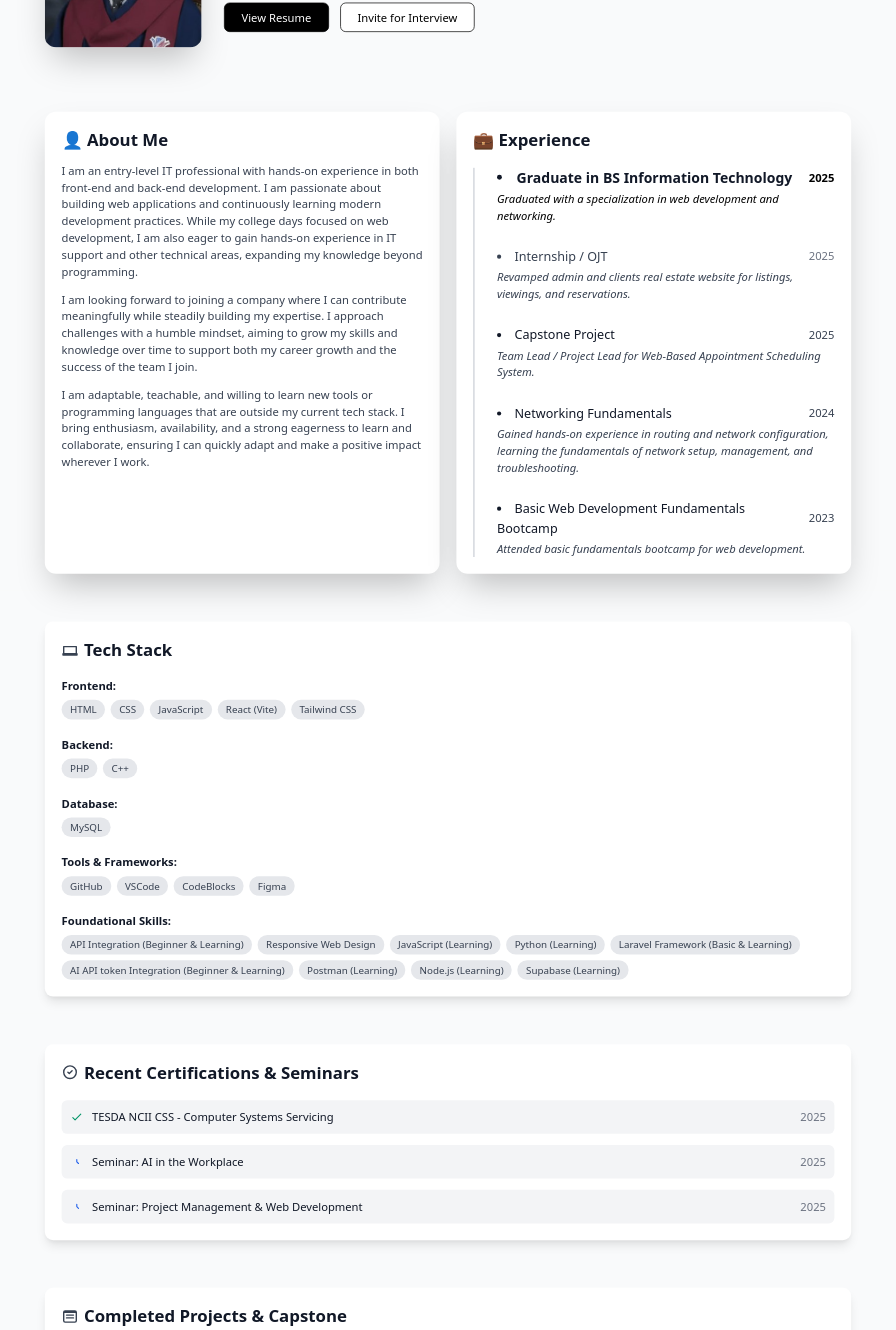
Repository: MeekSharkdev/cv-portfolio
Page: index.html
An editor plug-in stored every save of this project. The page is shown before and after a run of saves, followed by the edit.
The browser window is 1280 px wide. The pictures show the part of the page from y = 204 to 2104 px (the page is 2740 px tall), at 70% of full size.
A picture or video elsewhere on the page could not be fetched, so the positions and the page height are approximate.

Above is the page before, as saved 2026-01-31 20:59:15.
Not found: styles.css

After the next 2 saves:
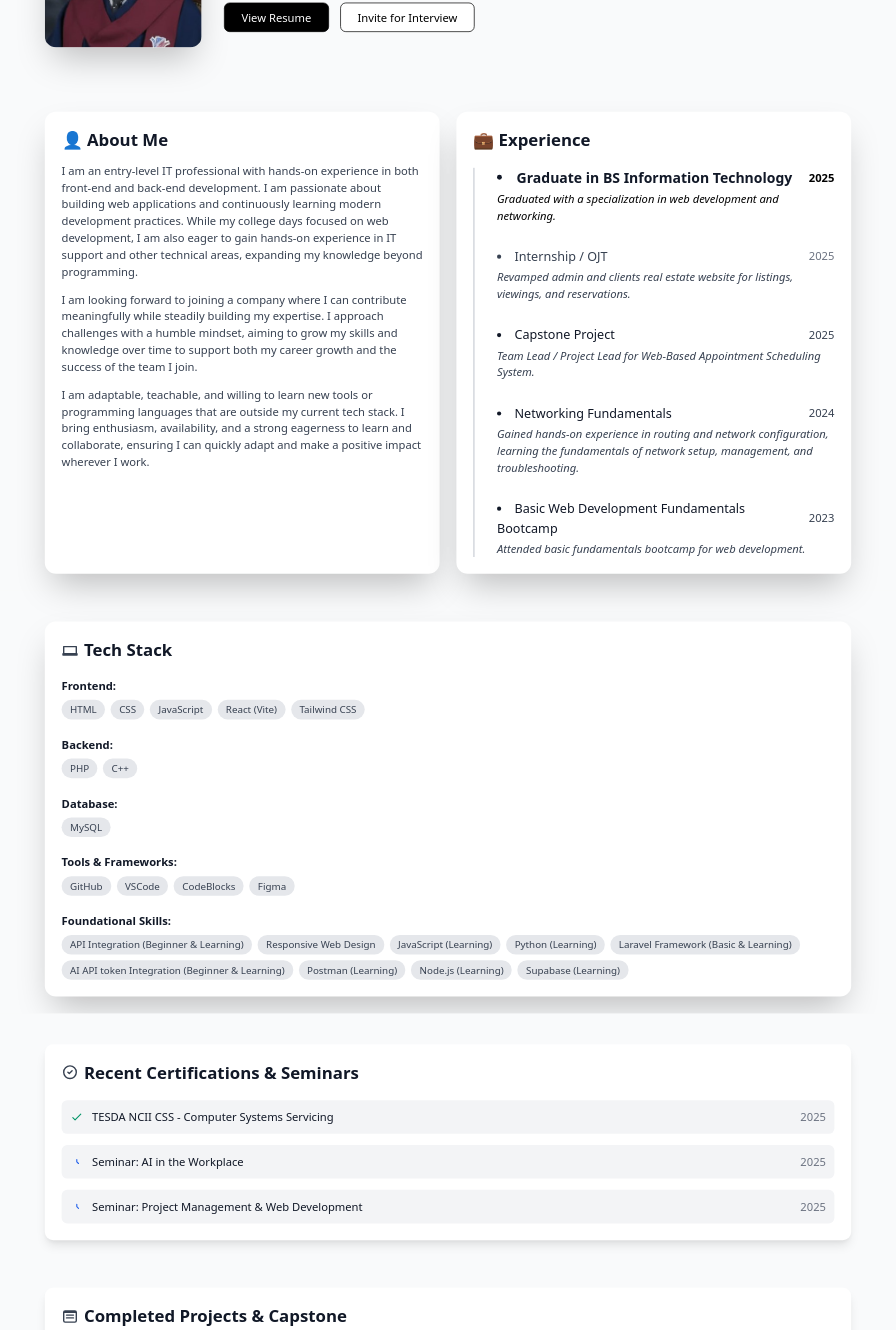
The 2 saves are shown as one change because they came seconds apart.
The last was saved 51 s later.
--- a/index.html
+++ b/index.html
@@ -163,7 +163,7 @@
 
     <!-- Tech Stack Section (Below About Me Section) -->
     <section class="py-6 px-6 md:px-16 bg-gray-50">
-        <div class="max-w-6xl mx-auto mt-5 p-6 bg-white rounded-xl shadow-lg shadow-gray-300/20">
+        <div class="max-w-6xl mx-auto mt-5 p-6 bg-white rounded-2xl shadow-2xl shadow-gray-300/20">
 
             <!-- Section Header -->
             <h2 class="text-2xl font-semibold mb-6 flex items-center gap-2">
